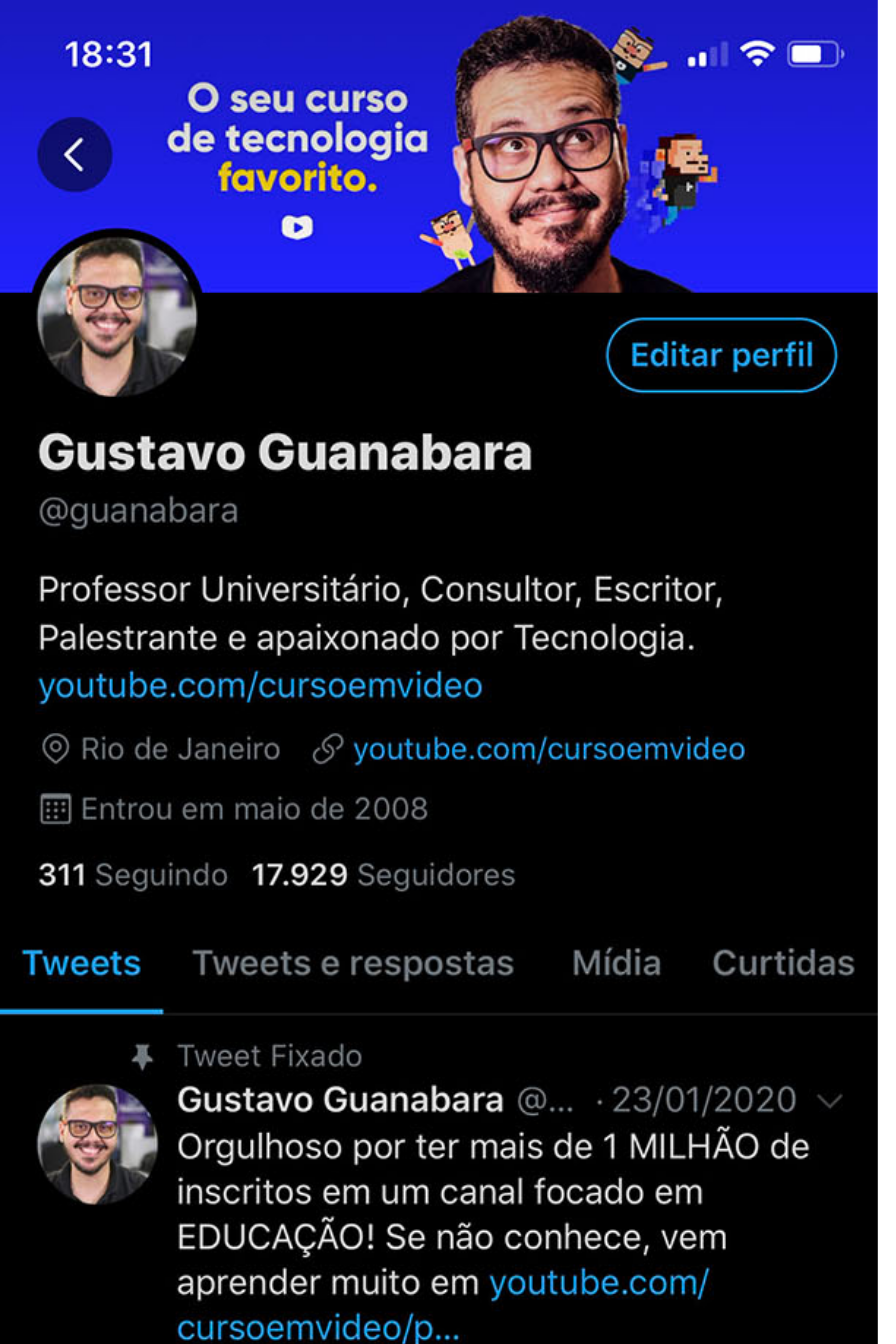
Repository: DorivalJunior14/Projeto-social
Page: twitter.html
These files come from the project's save history. The page is drawn as it stood at one moment and after the next save; the edit follows.
The browser window is 1280 px wide. The pictures show the part of the page from y = 0 to 1920 px (the page is 13237 px tall before and 13371 px after), at 70% of full size.

Above is the page before, as saved 2022-07-05 11:03:52.

After the next save:
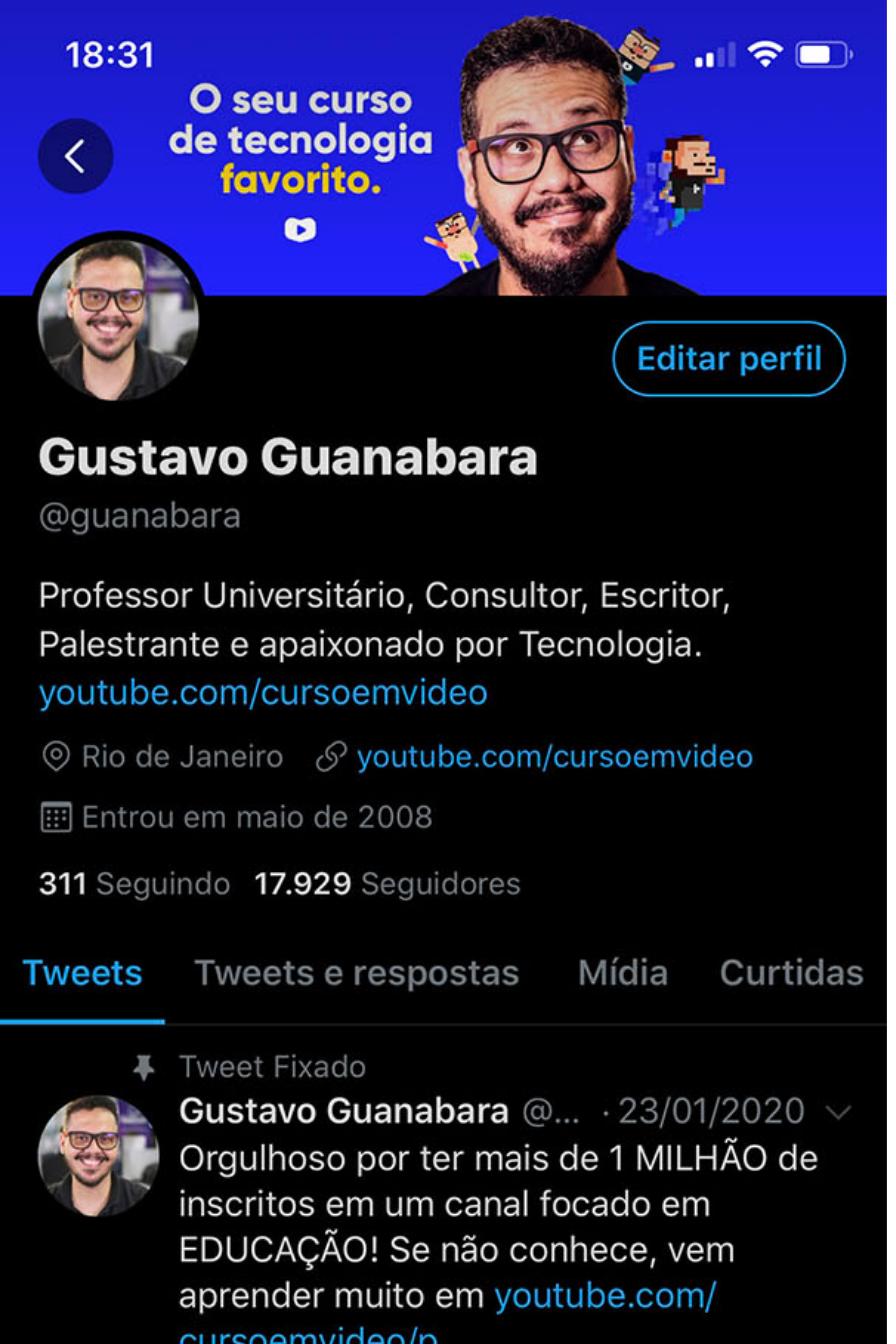
Saved 33 s later.
--- a/twitter.html
+++ b/twitter.html
@@ -16,7 +16,7 @@
             height: 0px;
         }
         img {
-            width: 98%;
+            width: 99%;
 
         }
 
